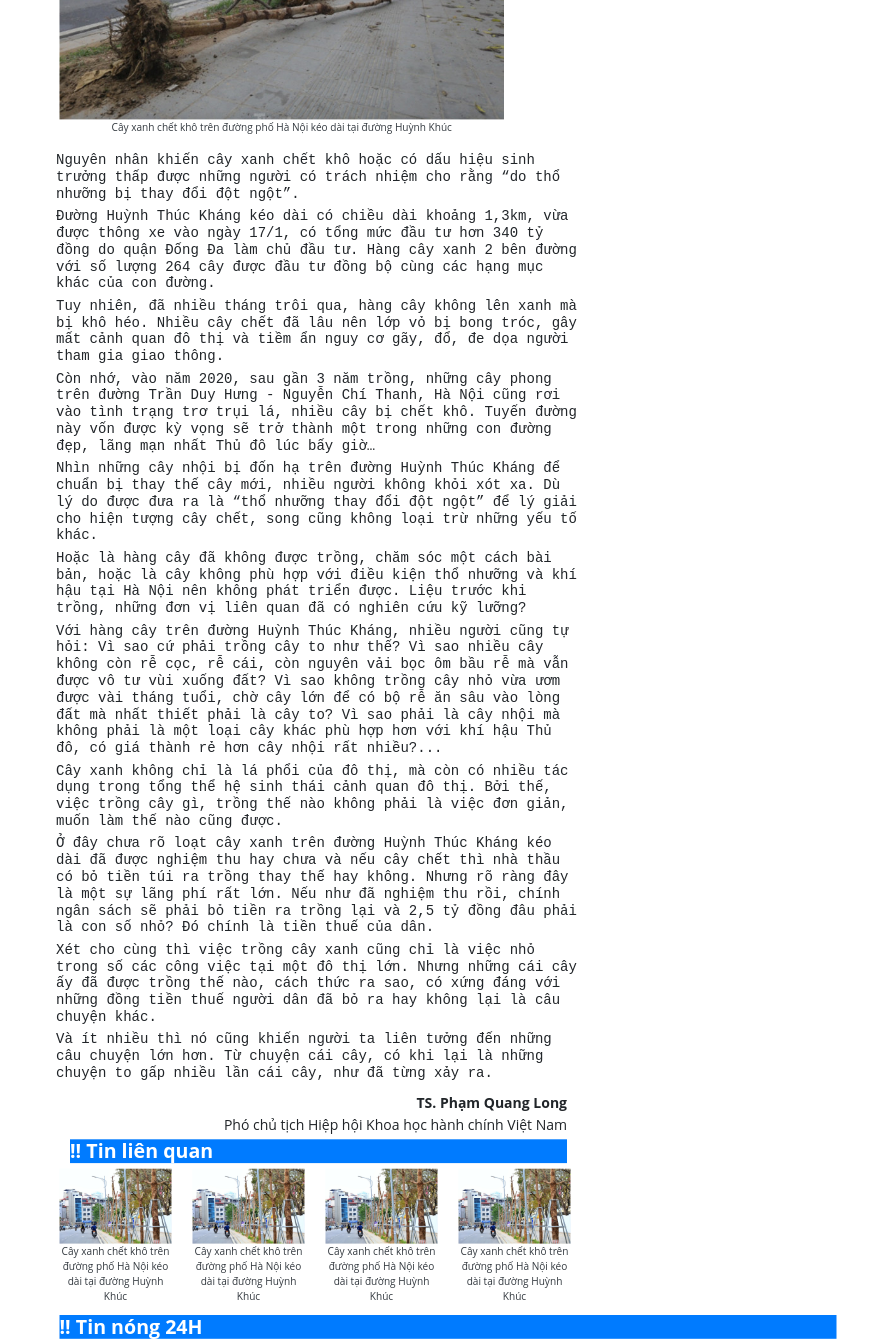
Repository: TRITO719/18_TrinhQuocToan_20081631
Page: So37/html/caykho.html
The author's editor kept a copy of each file at every save. The page is drawn from the files as they stood at one save, then again after the next save.
The browser window is 1280 px wide. The pictures show the part of the page from y = 1162 to 3082 px (the page is 3082 px tall), at 70% of full size.

Above is the page before, as saved 2023-04-19 13:08:38.

### So37/html/caykho.html
<!DOCTYPE html>
<html lang="en">
<head>
    <meta charset="UTF-8">
    <meta http-equiv="X-UA-Compatible" content="IE=edge">
    <meta name="viewport" content="width=device-width, initial-scale=1.0">
    <title>Document</title>
    <link rel="stylesheet" href="../css/bootstrap.min.css">
    <script src="../js/jquery-3.6.4.min.js"></script>
    <script src="../js/bootstrap.min.js"></script>
    <link rel="stylesheet" href="../css/style.css">
    <link rel="stylesheet" href="https://cdnjs.cloudflare.com/ajax/libs/font-awesome/4.7.0/css/font-awesome.min.css">
</head>
<body>
    <!--Tao thuong hieu va menu-->
    <div class="container">
        <!--Nhan-->
        <a  href="">
            <img class="navbar-brand-item mx-auto d-block" src="../img/Capture.PNG" alt="">
        </a>
        <!--Menu-->
        <nav class="navbar navbar-expand-lg  navbar-light bg-light sticky-top">
            <div class="navbar-collapse collapse show" id="navbar">
                <ul class="navbar-nav">
                    <!--Trang chu-->
                    <li class="nav-item dropdown">
                        <a class="nav-link dropdown-toggle" id="trangchu" data-toggle="dropdown" aria-haspopup="true" aria-expanded="false" href="#">Trang chủ</a>
                        <div class="dropdown-menu" aria-labelledby="trangchu">
                            <a class="dropdown-item" href="#">Trang chính</a>
                            <a class="dropdown-item" href="#">Trang mua sắm</a>
                            <a class="dropdown-item" href="#">Trang giới thiệu</a>
                        </div>
                    </li>

                        <li class="nav-item dropdown">
                            <a class="nav-link dropdown-toggle" href="#" id="thoisuDropdown" role="button" data-toggle="dropdown" aria-haspopup="true" aria-expanded="false">Thời sự
                            </a>
                            <div class="dropdown-menu" aria-labelledby="thoisuDropdown">
                                <a class="dropdown-item" href="#">Tin nóng</a>
                                <a class="dropdown-item" href="#">Tin mới</a>
                                <a class="dropdown-item" href="#">Tin trong ngày</a>
                                <a class="dropdown-item" href="#">Tin trong tuần</a>
                                <a class="dropdown-item" href="#">Tin chính trị</a>
                                <a class="dropdown-item" href="#">Tin kinh tế</a>
                                <a class="dropdown-item" href="#">Tin giáo dục </a>
                                <a class="dropdown-item" href="#">Tin quân sự</a>
                            </div>
                        </li>
                        <li class="nav-item dropdown">
                            <a class="nav-link dropdown-toggle" href="#" id="thoisuDropdown" role="button" data-toggle="dropdown" aria-haspopup="true" aria-expanded="false">Thế giới
                            </a>
                            <div class="dropdown-menu" aria-labelledby="thoisuDropdown">
                                <a class="dropdown-item" href="#">Tin nóng</a>
                                <a class="dropdown-item" href="#">Tin mới</a>
                                <a class="dropdown-item" href="#">Tin trong ngày</a>
                                <a class="dropdown-item" href="#">Tin trong tuần</a>
                                <a class="dropdown-item" href="#">Tin chính trị</a>
                                <a class="dropdown-item" href="#">Tin kinh tế</a>
                                <a class="dropdown-item" href="#">Tin giáo dục </a>
                                <a class="dropdown-item" href="#">Tin quân sự</a>
                            </div>
                        </li>
                        <li class="nav-item ">
                            <a class="nav-link" href="">Video</a>

                        </li>
                        <li class="nav-item ">
                            <a class="nav-link" href="">Chủ đề</a>

                        </li>

                        <div class="col ml-auto">
                            <form class="d-flex">
                                <input class="form-control me-2" type="search" placeholder="Tìm kiếm" aria-label="Search">
                                <button class="btn btn-outline-success" type="submit">Tìm kiếm</button>
                            </form>

                        </div>

                </ul>

            </div>

        </nav>
        <div class="row text-center " style="font-family:'Gill Sans', 'Gill Sans MT', Calibri, 'Trebuchet MS', sans-serif">
            <h1>Cây xanh chết khô trên đường phố Hà Nội kéo dài tại đường Huỳnh Khúc</h1>
            <p class="text-muted" >04/04/2023</p>
            <h5 class="font-weight-bold">Sáng 3/4, nhiều cây nhội chết khô có đường kính thân 20-25cm trên vỉa hè dọc đường Huỳnh Thúc Kháng kéo dài (Hà Nội) đã được nhổ lên.</h5>
                <figure>
                    <img src="../img/cay-xanh-chet-kho-tren-duong-huynh-thuc-khang-keo-dai-2-16803995389678631728.jpg" class="d-block w-100 trans" alt="Hình ảnh 1">
                    <figcaption class="figure-caption text-center text-dark ">
                        Cây xanh chết khô trên đường phố Hà Nội kéo dài tại đường Huỳnh Khúc
                    </figcaption>


        </div>
        <div class="row">
            <div class="col-7" style="margin: 10px;padding: 10px; font-family: 'Gill Sans', 'Gill Sans MT', Calibri, 'Trebuchet MS', sans-serif;">
                <h5>Hạng mục cây xanh trên tuyến đường này có trị giá khoảng 2,5 tỷ đồng, do nhà thầu thi công là liên danh Công ty Đường bộ Phú Thọ và Công ty CP Đầu tư DCC Hà Nội thực hiện. Trước mắt, có vài chục cây được xác định đã bị chết.</h5>

            </div>
            <div class="col-4">

            </div>
            <div class="col-sm-7 col-md-7">
                    <figure>
                        <img src="../img/caykho/img-bgt-2021-cay-xanh-1680532614-width1280height824.jpg" class="d-block w-100 trans" alt="Hình ảnh 1">
                        <figcaption class="figure-caption text-center text-dark ">
                            Cây xanh chết khô trên đường phố Hà Nội kéo dài tại đường Huỳnh Khúc
                        </figcaption>
                    </figure>
            </div>
            <div class="col-4">

            </div>
            <div class="col-8" style="font-family:monospace; margin: 5px; padding: 5px;">
                <h5>
                    Nguyên nhân khiến cây xanh chết khô hoặc có dấu hiệu sinh trưởng thấp được những người có trách nhiệm cho rằng “do thổ nhưỡng bị thay đổi đột ngột”.
                </h5>
                <h5>
                    Đường Huỳnh Thúc Kháng kéo dài có chiều dài khoảng 1,3km, vừa được thông xe vào ngày 17/1, có tổng mức đầu tư hơn 340 tỷ đồng do quận Đống Đa làm chủ đầu tư. Hàng cây xanh 2 bên đường với số lượng 264 cây được đầu tư đồng bộ cùng các hạng mục khác của con đường.
                </h5>
                <h5>
                    Tuy nhiên, đã nhiều tháng trôi qua, hàng cây không lên xanh mà bị khô héo. Nhiều cây chết đã lâu nên lớp vỏ bị bong tróc, gây mất cảnh quan đô thị và tiềm ẩn nguy cơ gãy, đổ, đe dọa người tham gia giao thông.
                </h5>
                <h5>
                    Còn nhớ, vào năm 2020, sau gần 3 năm trồng, những cây phong trên đường Trần Duy Hưng - Nguyễn Chí Thanh, Hà Nội cũng rơi vào tình trạng trơ trụi lá, nhiều cây bị chết khô. Tuyến đường này vốn được kỳ vọng sẽ trở thành một trong những con đường đẹp, lãng mạn nhất Thủ đô lúc bấy giờ…
                </h5>
                <h5>
                    Nhìn những cây nhội bị đốn hạ trên đường Huỳnh Thúc Kháng để chuẩn bị thay thế cây mới, nhiều người không khỏi xót xa. Dù lý do được đưa ra là “thổ nhưỡng thay đổi đột ngột” để lý giải cho hiện tượng cây chết, song cũng không loại trừ những yếu tố khác.
                </h5>
                <h5>
                    Hoặc là hàng cây đã không được trồng, chăm sóc một cách bài bản, hoặc là cây không phù hợp với điều kiện thổ nhưỡng và khí hậu tại Hà Nội nên không phát triển được. Liệu trước khi trồng, những đơn vị liên quan đã có nghiên cứu kỹ lưỡng?
                </h5>
                <h5>
                    Với hàng cây trên đường Huỳnh Thúc Kháng, nhiều người cũng tự hỏi: Vì sao cứ phải trồng cây to như thế? Vì sao nhiều cây không còn rễ cọc, rễ cái, còn nguyên vải bọc ôm bầu rễ mà vẫn được vô tư vùi xuống đất? Vì sao không trồng cây nhỏ vừa ươm được vài tháng tuổi, chờ cây lớn để có bộ rễ ăn sâu vào lòng đất mà nhất thiết phải là cây to? Vì sao phải là cây nhội mà không phải là một loại cây khác phù hợp hơn với khí hậu Thủ đô, có giá thành rẻ hơn cây nhội rất nhiều?...
                </h5>
                <h5>
                    Cây xanh không chỉ là lá phổi của đô thị, mà còn có nhiều tác dụng trong tổng thể hệ sinh thái cảnh quan đô thị. Bởi thế, việc trồng cây gì, trồng thế nào không phải là việc đơn giản, muốn làm thế nào cũng được.
                </h5>
                <h5>
                    Ở đây chưa rõ loạt cây xanh trên đường Huỳnh Thúc Kháng kéo dài đã được nghiệm thu hay chưa và nếu cây chết thì nhà thầu có bỏ tiền túi ra trồng thay thế hay không. Nhưng rõ ràng đây là một sự lãng phí rất lớn. Nếu như đã nghiệm thu rồi, chính ngân sách sẽ phải bỏ tiền ra trồng lại và 2,5 tỷ đồng đâu phải là con số nhỏ? Đó chính là tiền thuế của dân.
                </h5>
                <h5>
                    Xét cho cùng thì việc trồng cây xanh cũng chỉ là việc nhỏ trong số các công việc tại một đô thị lớn. Nhưng những cái cây ấy đã được trồng thế nào, cách thức ra sao, có xứng đáng với những đồng tiền thuế người dân đã bỏ ra hay không lại là câu chuyện khác.

                </h5>
                <h5>
                    Và ít nhiều thì nó cũng khiến người ta liên tưởng đến những câu chuyện lớn hơn. Từ chuyện cái cây, có khi lại là những chuyện to gấp nhiều lần cái cây, như đã từng xảy ra.
                </h5>
            </div>


        </div>
        <div class="col-8">
            <div class="text-right">
                <h5 class="font-weight-bold">
                    TS. Phạm Quang Long
                </h5>
                <h5>
                    Phó chủ tịch Hiệp hội Khoa học hành chính Việt Nam
                </h5>

            </div>
            <div>
                <h3 class="text-white font-weight-bold bg-primary">!! Tin liên quan</h3>
            </div>
        </div>
        <div class="row">
            <div class="col-sm-2 col-md-2">
                <a href="">
                    <figure>
                        <img src="../img/cay-xanh-chet-kho-tren-duong-huynh-thuc-khang-keo-dai-2-16803995389678631728.jpg" class="d-block w-100 trans" alt="Hình ảnh 1">
                        <figcaption class="figure-caption text-center text-dark ">
                            Cây xanh chết khô trên đường phố Hà Nội kéo dài tại đường Huỳnh Khúc
                        </figcaption>
                </a>

            </div>
            <div class="col-sm-2 col-md-2">
                <a href="">
                    <figure>
                        <img src="../img/cay-xanh-chet-kho-tren-duong-huynh-thuc-khang-keo-dai-2-16803995389678631728.jpg" class="d-block w-100 trans" alt="Hình ảnh 1">
                        <figcaption class="figure-caption text-center text-dark ">
                            Cây xanh chết khô trên đường phố Hà Nội kéo dài tại đường Huỳnh Khúc
                        </figcaption>
                </a>

            </div>
            <div class="col-sm-2 col-md-2">
                <a href="">
                    <figure>
                        <img src="../img/cay-xanh-chet-kho-tren-duong-huynh-thuc-khang-keo-dai-2-16803995389678631728.jpg" class="d-block w-100 trans" alt="Hình ảnh 1">
                        <figcaption class="figure-caption text-center text-dark ">
                            Cây xanh chết khô trên đường phố Hà Nội kéo dài tại đường Huỳnh Khúc
                        </figcaption>
                </a>

            </div>
            <div class="col-sm-2 col-md-2">
                <a href="">
                    <figure>
                        <img src="../img/cay-xanh-chet-kho-tren-duong-huynh-thuc-khang-keo-dai-2-16803995389678631728.jpg" class="d-block w-100 trans" alt="Hình ảnh 1">
                        <figcaption class="figure-caption text-center text-dark ">
                            Cây xanh chết khô trên đường phố Hà Nội kéo dài tại đường Huỳnh Khúc
                        </figcaption>
                </a>

            </div>

        </div>
        <div>
            <h3 class="text-white font-weight-bold bg-primary">!! Tin nóng 24H</h3>
        </div>


</body>

### So37/css/style.css
.trans:hover{
    transform: scale(1.05);
    box-shadow: 0 0 10px rgba(0, 0, 0, 0.5);
    transition: transform 0.5s ease-in-out, box-shadow 0.5s ease-in-out;
}
.row1{
    padding: 10px;
    margin: 10px;
}
#text1{
    font-family: 'Trebuchet MS', 'Lucida Sans Unicode', 'Lucida Grande', 'Lucida Sans', Arial, sans-serif;
}
@import url(https://fonts.googleapis.com/css?family=Open+Sans:400,500,300,700);
* {
    font-family: Open Sans;
  }

  section {
    width: 100%;
    display: inline-block;
    background: #333;
    height: 50vh;
    text-align: center;
    font-size: 22px;
    font-weight: 700;
    text-decoration: underline;
  }

  .footer-distributed{
      background: #666;
      box-shadow: 0 1px 1px 0 rgba(0, 0, 0, 0.12);
      box-sizing: border-box;
      width: 100%;
      text-align: left;
      font: bold 16px sans-serif;
      padding: 55px 50px;
  }

  .footer-distributed .footer-left,
  .footer-distributed .footer-center,
  .footer-distributed .footer-right{
      display: inline-block;
      vertical-align: top;
  }

  /* Footer left */

  .footer-distributed .footer-left{
      width: 40%;
  }

  /* The company logo */

  .footer-distributed h3{
      color:  #ffffff;
      font: normal 36px 'Open Sans', cursive;
      margin: 0;
  }

  .footer-distributed h3 span{
      color:  lightseagreen;
  }

  /* Footer links */

  .footer-distributed .footer-links{
      color:  #ffffff;
      margin: 20px 0 12px;
      padding: 0;
  }

  .footer-distributed .footer-links a{
      display:inline-block;
      line-height: 1.8;
    font-weight:400;
      text-decoration: none;
      color:  inherit;
  }

  .footer-distributed .footer-company-name{
      color:  #222;
      font-size: 14px;
      font-weight: normal;
      margin: 0;
  }

  /* Footer Center */

  .footer-distributed .footer-center{
      width: 35%;
  }

  .footer-distributed .footer-center i{
      background-color:  #33383b;
      color: #ffffff;
      font-size: 25px;
      width: 38px;
      height: 38px;
      border-radius: 50%;
      text-align: center;
      line-height: 42px;
      margin: 10px 15px;
      vertical-align: middle;
  }

  .footer-distributed .footer-center i.fa-envelope{
      font-size: 17px;
      line-height: 38px;
  }

  .footer-distributed .footer-center p{
      display: inline-block;
      color: #ffffff;
    font-weight:400;
      vertical-align: middle;
      margin:0;
  }

  .footer-distributed .footer-center p span{
      display:block;
      font-weight: normal;
      font-size:14px;
      line-height:2;
  }

  .footer-distributed .footer-center p a{
      color:  lightseagreen;
      text-decoration: none;;
  }

  .footer-distributed .footer-links a:before {
    content: "|";
    font-weight:300;
    font-size: 20px;
    left: 0;
    color: #fff;
    display: inline-block;
    padding-right: 5px;
  }

  .footer-distributed .footer-links .link-1:before {
    content: none;
  }

  /* Footer Right */

  .footer-distributed .footer-right{
      width: 20%;
  }

  .footer-distributed .footer-company-about{
      line-height: 20px;
      color:  #92999f;
      font-size: 13px;
      font-weight: normal;
      margin: 0;
  }

  .footer-distributed .footer-company-about span{
      display: block;
      color:  #ffffff;
      font-size: 14px;
      font-weight: bold;
      margin-bottom: 20px;
  }

  .footer-distributed .footer-icons{
      margin-top: 25px;
  }

  .footer-distributed .footer-icons a{
      display: inline-block;
      width: 35px;
      height: 35px;
      cursor: pointer;
      background-color:  #33383b;
      border-radius: 2px;

      font-size: 20px;
      color: #ffffff;
      text-align: center;
      line-height: 35px;

      margin-right: 3px;
      margin-bottom: 5px;
  }

  /* If you don't want the footer to be responsive, remove these media queries */

  @media (max-width: 880px) {

      .footer-distributed{
          font: bold 14px sans-serif;
      }

      .footer-distributed .footer-left,
      .footer-distributed .footer-center,
      .footer-distributed .footer-right{
          display: block;
          width: 100%;
          margin-bottom: 40px;
          text-align: center;
      }

      .footer-distributed .footer-center i{
          margin-left: 0;
      }

  }

Loaded but not shown: So37/css/bootstrap.min.css (library); So37/js/jquery-3.6.4.min.js (library); So37/js/bootstrap.min.js (library)

After the next save:
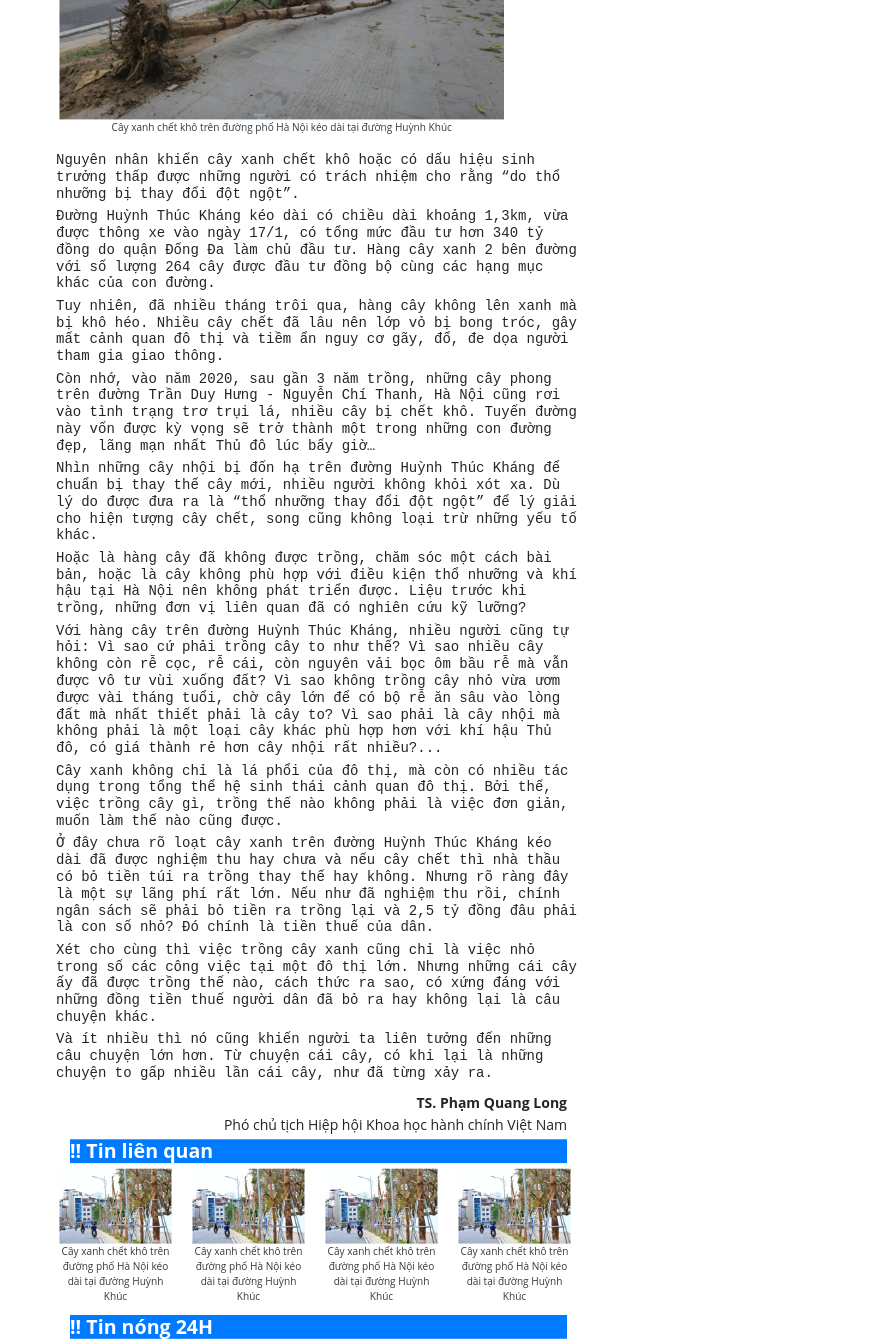
Saved 48 s later.
--- a/So37/html/caykho.html
+++ b/So37/html/caykho.html
@@ -209,8 +209,11 @@
             </div>
 
         </div>
-        <div>
-            <h3 class="text-white font-weight-bold bg-primary">!! Tin nóng 24H</h3>
+        <div class="col-sm-8 col-md-8">
+            <div>
+                <h3 class="text-white font-weight-bold bg-primary">!! Tin nóng 24H</h3>
+            </div>
+
         </div>
 
 
